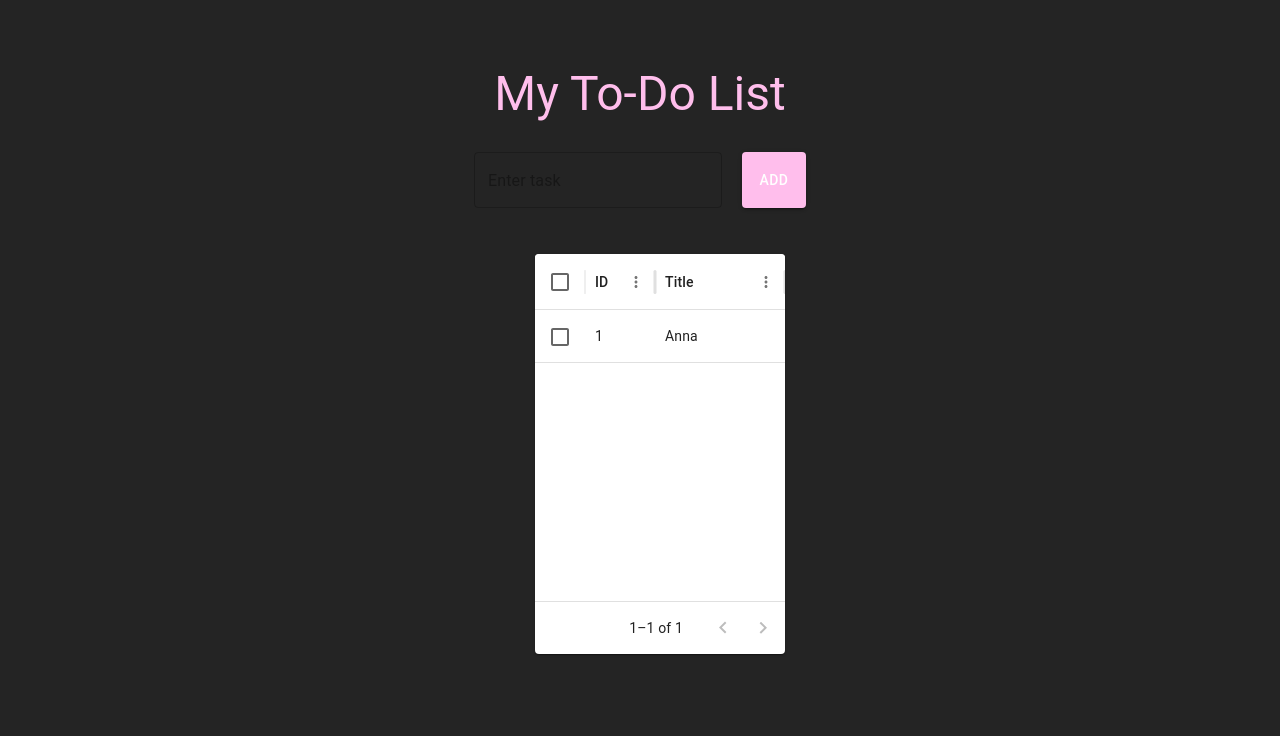
Repository: savannaaaas/ToDo_List
Page: /
These files come from the project's save history. The page is drawn as it stood at one moment and after the next save; the edit follows.
The browser window is 1280 px wide. The pictures show the whole page.
The project was rebuilt for these pictures with package versions that can differ from the ones it lists, and the page was loaded fresh each time. Also part of the build but not shown: vite.config.js.

Above is the page before, as saved 2025-08-09 00:42:34.

After the next save:
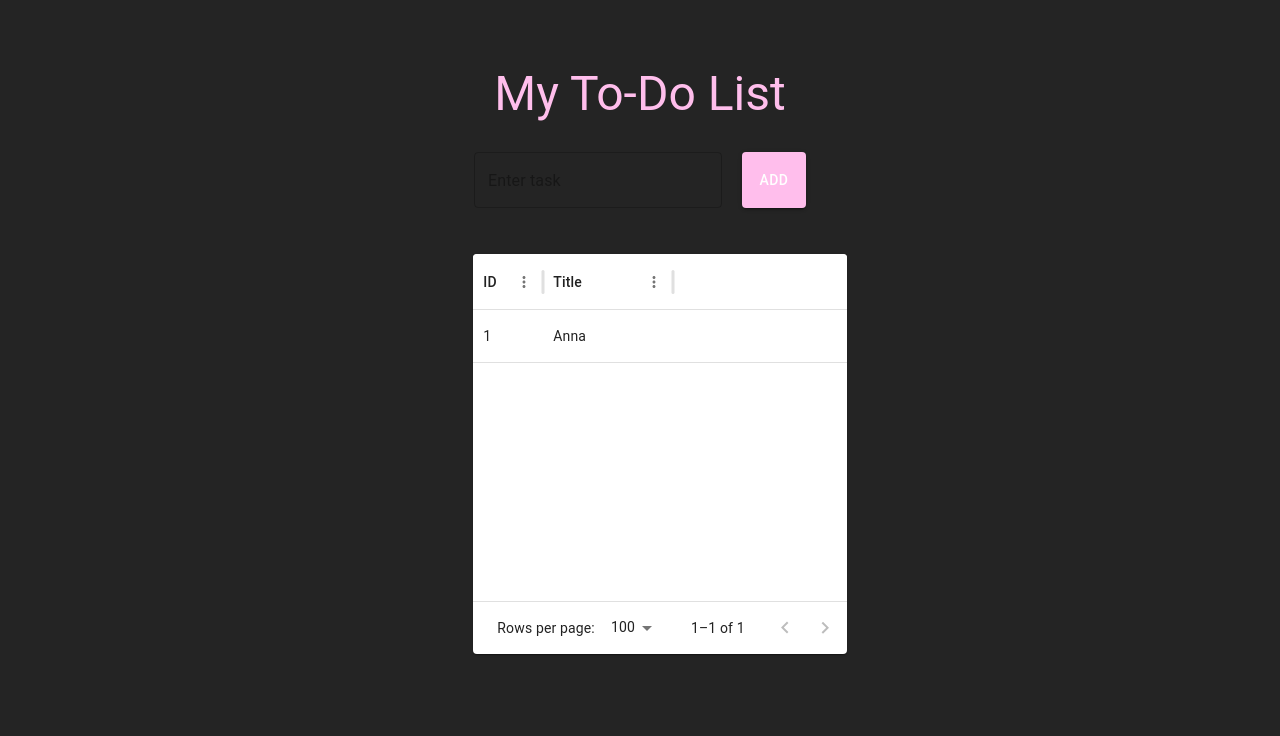
Saved 2 min 26 s later.
--- a/src/components/Task.jsx
+++ b/src/components/Task.jsx
@@ -16,13 +16,7 @@
 
   return (
     <Paper sx={{ height: 400, width: "100%" }}>
-      <DataGrid
-        rows={rows}
-        columns={columns}
-        initialState={{ pagination: { paginationModel } }}
-        checkboxSelection
-        sx={{ border: 0 }}
-      />
+      <DataGrid rows={rows} columns={columns} sx={{ border: 0 }} />
     </Paper>
   );
 };

After the 2 saves that followed:
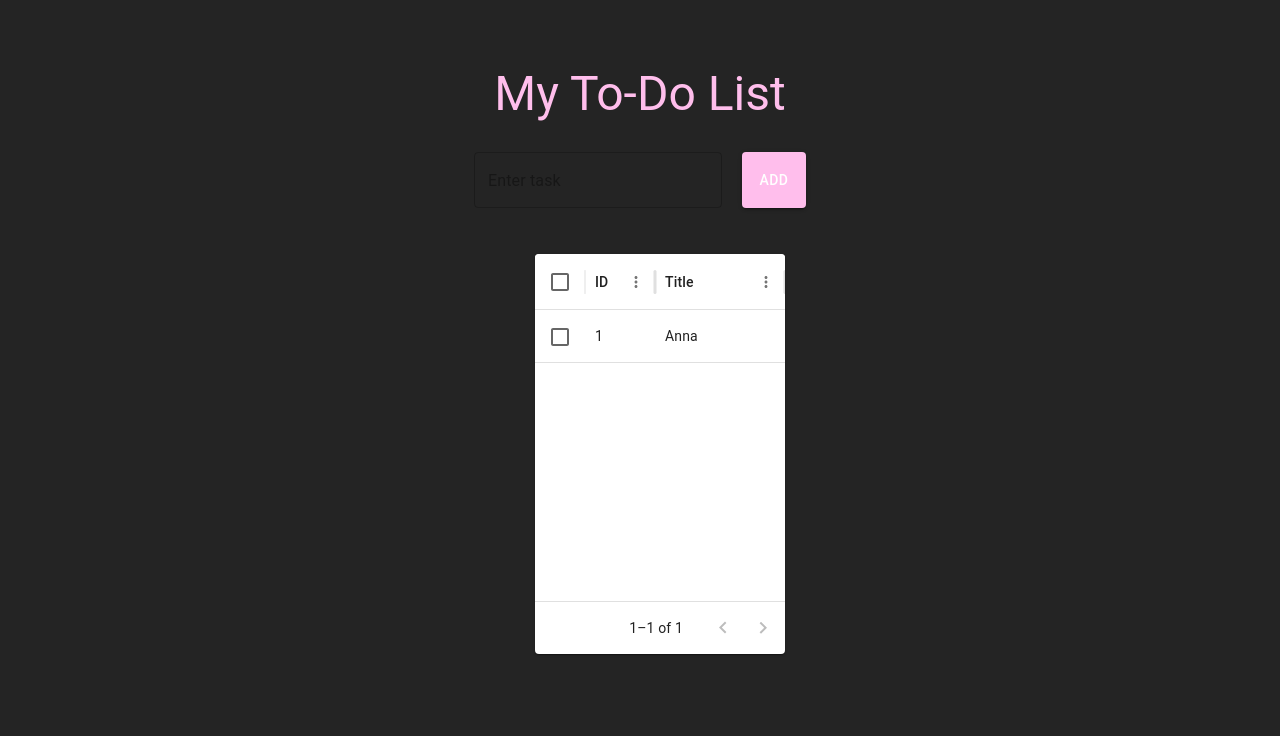
The 2 saves are shown as one change because 1 left the picture as it was.
The last was saved 16 s later.
--- a/src/components/Task.jsx
+++ b/src/components/Task.jsx
@@ -16,7 +16,13 @@
 
   return (
     <Paper sx={{ height: 400, width: "100%" }}>
-      <DataGrid rows={rows} columns={columns} sx={{ border: 0 }} />
+      <DataGrid
+        rows={rows}
+        columns={columns}
+        initialState={{ pagination: { paginationModel } }}
+        checkboxSelection
+        sx={{ border: 0 }}
+      />
     </Paper>
   );
 };
